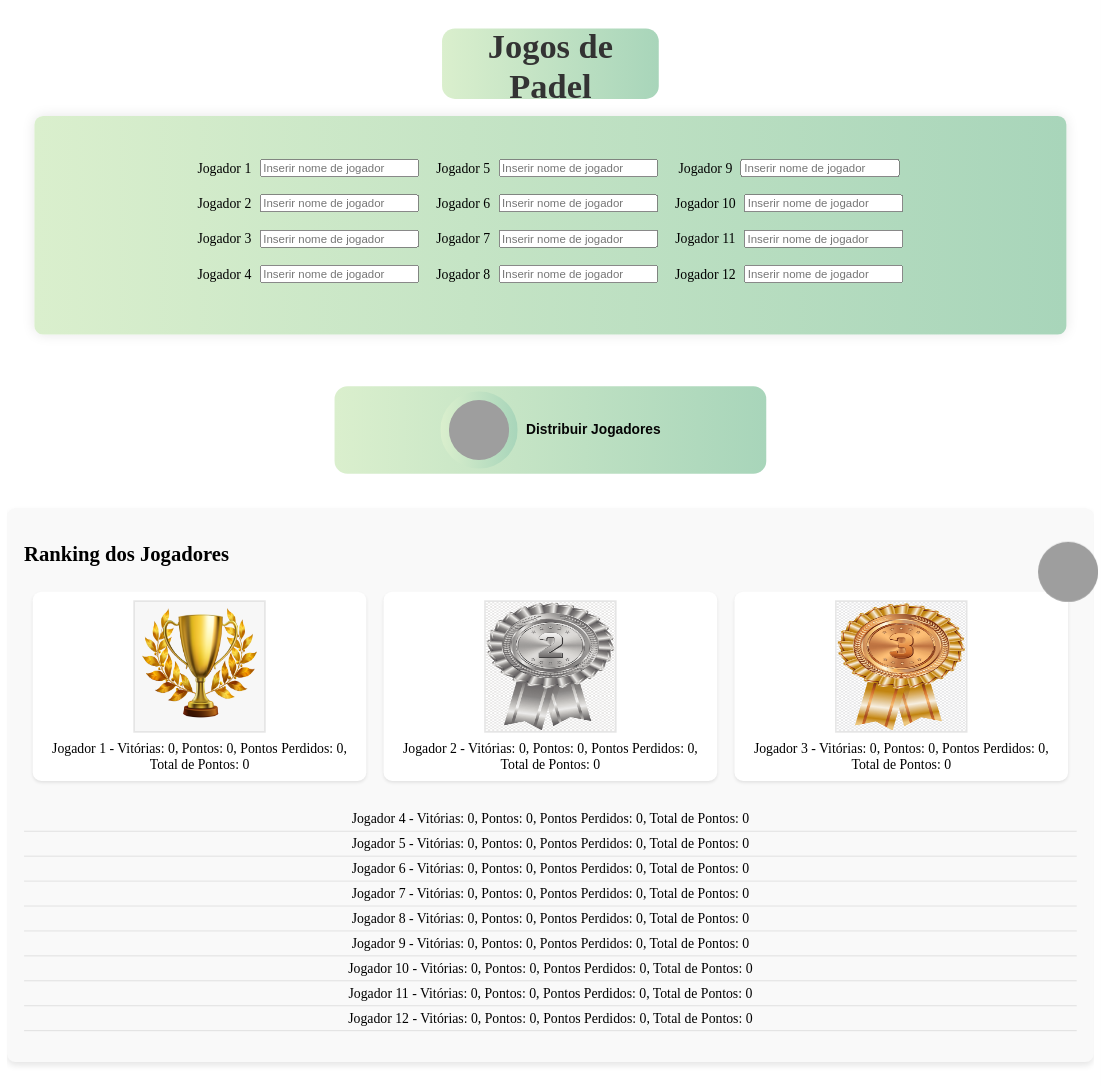
Repository: MarcioMiguel22/PadelMaster
Page: /calculadora
The author's editor kept a copy of each file at every save. The page is drawn from the files as they stood at one save, then again after the next save.
The browser window is 1280 px wide. The pictures show the whole page, at 86% of full size.
Pictures or frames that could not be fetched are drawn as grey boxes. The project was rebuilt for these pictures with package versions that can differ from the ones it lists, and the page was loaded fresh each time. Also part of the build but not shown: vite.config.ts, src/pages/Home/Home.tsx, src/components/components_calculadora/TrocarJogadoresButton.module.css, src/components/components_calculadora/TrocarJogadoresButton.tsx, src/components/components_calculadora/Campo.tsx, src/components/components_calculadora/Jogo.tsx, src/components/components_calculadora/ExportButton.module.css, src/components/components_calculadora/ExportButton.tsx and 5 more.

Above is the page before, as saved 2024-06-20 10:12:09.

### src/main.tsx
///home/marciomiguel/code/MarcioMiguel22/Sites/PadelMaster/src/main.tsx
import { render } from 'react-dom';
import { StrictMode } from 'react';
import App from './App';
import './index.css';

const root = document.getElementById('root')!;
render(
  <StrictMode>
    <App />
  </StrictMode>,
  root
);

### src/App.tsx

///home/marciomiguel/code/MarcioMiguel22/Sites/PadelMaster/src/App.tsx

import { BrowserRouter, Routes, Route } from 'react-router-dom';
import Home from './pages/Home/Home';
import Calculadora from './pages/Calculadora/Calculadora';
import PlayerComponent from './pages/Player/playerComponent';
function App() {
  return (
    <BrowserRouter>
      <Routes>
        <Route path="/" element={<Home />} />
        <Route path="/calculadora" element={<Calculadora />} /> // Wrap Calculadora component with curly braces
        <Route path="/player-component" element={<PlayerComponent />} />
      </Routes>
    </BrowserRouter>
  );
}

export default App

### src/pages/Home/Home.module.css
.padelContainer {
  display: flex;
  flex-direction: column;
  align-items: center;
  justify-content: center;
  text-align: center;
  background-color: white;
  padding: 20px;
  border-radius: 10px;
  box-shadow: 0 0 10px rgba(0, 0, 0, 0.1);
  height: 100vh;
}

h1 {
  color: #333;
  margin-bottom: 20px;
}

.content {
  display: flex;
  flex-direction: column;
  align-items: center;
}

.padelImage {
  max-width: 50%; /* Increase this if necessary */
  width: auto;
  height: auto;
  border-radius: 10px;
  margin-bottom: 20px;
}

.enterButton {
  background-image: url('../../assets/images/tennis-ball.png'); /* Ensure the path is correct */
  background-size: cover;
  width: 60px;
  height: 60px;
  border: none;
  border-radius: 50%;
  cursor: pointer;
}

.enterButton:hover {
  transform: scale(2.0);
}

### src/components/components_calculadora/JogadoresLista.tsx
import React, { useRef, useEffect, useState } from 'react';
import JogadorItem, { InputRef } from './JogadorItem';
import { Jogador } from '../../utils/types/types';

interface JogadoresListaProps {
  jogadores: Jogador[];
  handleNomeChange: (id: number, novoNome: string) => void;
}

const JogadoresLista: React.FC<JogadoresListaProps> = ({ jogadores, handleNomeChange }) => {
  const [localJogadores, setLocalJogadores] = useState<Jogador[]>([]);
  const inputRefs = useRef<(InputRef | null)[]>([]);

  useEffect(() => {
    const storedJogadores = localStorage.getItem('jogadores');
    if (storedJogadores) {
      setLocalJogadores(JSON.parse(storedJogadores));
    } else {
      setLocalJogadores(jogadores);
    }
  }, [jogadores]);

  const focusNextInput = (index: number) => {
    if (index < inputRefs.current.length - 1) {
      inputRefs.current[index + 1]?.focus();
    }
  };

  const handleNomeChangeWithStorage = (id: number, novoNome: string) => {
    handleNomeChange(id, novoNome);
    const updatedJogadores = localJogadores.map(jogador =>
      jogador.id === id ? { ...jogador, nome: novoNome } : jogador
    );
    setLocalJogadores(updatedJogadores);
    localStorage.setItem('jogadores', JSON.stringify(updatedJogadores));
  };

  return (
    <div className="jogadores-lista">
      {Array.from({ length: 3 }, (_, i) => (
        <div className="jogadores-coluna" key={i}>
          {localJogadores.slice(i * 4, (i + 1) * 4).map((jogador, jIndex) => (
            <JogadorItem
              key={jogador.id}
              jogador={jogador}
              handleNomeChange={handleNomeChangeWithStorage}
              focusNextInput={() => focusNextInput(i * 4 + jIndex)}
              ref={(el) => (inputRefs.current[i * 4 + jIndex] = el)}
            />
          ))}
        </div>
      ))}
    </div>
  );
};

export default JogadoresLista;

### src/components/components_calculadora/Ranking.tsx
import React from 'react';
import ouro from '../../assets/images/ouro.png';
import prata from '../../assets/images/prata.png';
import bronze from '../../assets/images/bronze.png';
import styles from './Ranking.module.css';

interface Jogador {
  id: number;
  nome: string;
  vitorias: number;
  pontos: number;
  pontosPerdidos: number;
  totalPontos: number; // Adicione esta linha
}

interface RankingProps {
  jogadoresClassificados: Jogador[];
}

const Ranking: React.FC<RankingProps> = ({ jogadoresClassificados }) => {
  const top3 = jogadoresClassificados.slice(0, 3);
  const outrosJogadores = jogadoresClassificados.slice(3);

  const medalhas = [ouro, prata, bronze];

  return (
    <div className={styles.rankingContainer}>
      <h2>Ranking dos Jogadores</h2>
      <div className={styles.top3Container}>
        {top3.map((jogador, index) => (
          <div key={jogador.id} className={styles.top3Item}>
            <img src={medalhas[index]} alt={`Medalha de ${index + 1}`} className={styles.medalha} />
            {jogador.nome} - Vitórias: {jogador.vitorias}, Pontos: {jogador.pontos}, Pontos Perdidos: {jogador.pontosPerdidos}, Total de Pontos: {jogador.totalPontos}
          </div>
        ))}
      </div>
      <ul className={styles.outrosJogadores}>
        {outrosJogadores.map((jogador) => (
          <li key={jogador.id}>
            {jogador.nome} - Vitórias: {jogador.vitorias}, Pontos: {jogador.pontos}, Pontos Perdidos: {jogador.pontosPerdidos}, Total de Pontos: {jogador.totalPontos}
          </li>
        ))}
      </ul>
    </div>
  );
};

export default Ranking;

### src/components/components_calculadora/ScrollToTopButton.tsx
import React, { useState } from 'react';
import tennisBall from '../../assets/images/tennis-ball.png';
import styles from './ScrollToTopButton.module.css';

interface ScrollToTopButtonProps {
  refs: (React.RefObject<HTMLDivElement> | HTMLDivElement | null)[];
}

const ScrollToTopButton: React.FC<ScrollToTopButtonProps> = ({ refs }) => {
  const [animation, setAnimation] = useState<string>('');

  const handleScroll = () => {
    if (window.scrollY > 0) {
      setAnimation(styles.bounce);
      setTimeout(() => {
        window.scrollTo({ top: 0, behavior: 'smooth' });
        setAnimation('');
      }, 500);
    } else {
      setAnimation(styles.disappear);
      setTimeout(() => {
        refs.forEach((ref) => {
          if (ref && 'current' in ref) {
            ref.current?.scrollIntoView({ behavior: 'smooth' });
          } else if (ref) {
            (ref as HTMLDivElement).scrollIntoView({ behavior: 'smooth' });
          }
        });
        setAnimation('');
      }, 500);
    }
  };

  return (
    <button onClick={handleScroll} className={styles.scrollToTop}>
      <img src={tennisBall} alt="Tennis Ball" className={`${styles.tennisBall} ${animation}`} />
    </button>
  );
};

export default ScrollToTopButton;

### src/components/components_calculadora/DistributeButton.tsx
//src/components/components_calculadora/DistributeButton.tsx
import React from 'react';
import tennisBall from '../../assets/images/tennis-ball.png';
import styles from './DistributeButton.module.css'; // Importando o arquivo CSS Module

const DistributeButton: React.FC<{ onClick: () => void }> = ({ onClick }) => {
  return (
    <div className={styles.container}>
      <button onClick={onClick} className={styles.distributeButton}>
        <img src={tennisBall} alt="Tennis Ball" className={styles.tennisBall} />
        <span className={styles.label}>Distribuir Jogadores</span>
      </button>
    </div>
  );
};

export default DistributeButton;

### src/utils/gameLogic.ts
// src/utils/gameLogic.ts

import { Jogador, Time, Campo as CampoType } from '../utils/types/types';
import { embaralharArray } from './utils'; // Importe a função de embaralhamento do utils.ts

export const criarTimes = (jogadores: Jogador[]): Time[] => {
  const jogadoresEmbaralhados = embaralharArray(jogadores);
  const times: Time[] = [];
  for (let i = 0; i < jogadoresEmbaralhados.length; i += 2) {
    times.push({ jogadores: jogadoresEmbaralhados.slice(i, i + 2), resultado: 0 });
  }
  return times;
};

export const criarCampos = (times: Time[]): CampoType[] => [
  { id: 1, times: times.slice(0, 2) },
  { id: 2, times: times.slice(2, 4) },
  { id: 3, times: times.slice(4, 6) },
];

export const atualizarRanking = (jogadores: Jogador[], jogos: CampoType[][]) => {
  const jogadoresAtualizados = [...jogadores].map(jogador => {
    let vitorias = 0;
    let pontos = 0;
    let pontosPerdidos = 0;
    jogos.forEach(jogo => {
      jogo.forEach(campo => {
        campo.times.forEach(time => {
          if (time.jogadores.some(j => j.id === jogador.id)) {
            pontos += time.resultado;
            const oponente = campo.times[1 - campo.times.indexOf(time)];
            pontosPerdidos += oponente.resultado;
            if (time.resultado > oponente.resultado) {
              vitorias += 1;
            }
          }
        });
      });
    });
    const totalPontos = pontos - pontosPerdidos;
    return { ...jogador, vitorias, pontos, pontosPerdidos, totalPontos };
  });

  return jogadoresAtualizados.sort((a, b) => {
    if (b.totalPontos === a.totalPontos) {
      if (b.vitorias === a.vitorias) {
        return b.pontos - a.pontos;
      }
      return b.vitorias - a.vitorias;
    }
    return b.totalPontos - a.totalPontos; // Maior totalPontos classifica mais alto
  });
};

export const trocarJogadores = (jogos: CampoType[][], campoId: number) => {
  const novosJogos = [...jogos];
  const ultimoJogo = novosJogos[novosJogos.length - 1];
  const campo = ultimoJogo.find(c => c.id === campoId);
  if (!campo) return novosJogos;

  const [time1, time2] = campo.times;
  const jogadoresCampo = [...time1.jogadores, ...time2.jogadores];

  // Embaralhar jogadores que chegaram ao campo
  const jogadoresEmbaralhados = embaralharArray(jogadoresCampo);

  campo.times = [
    { jogadores: jogadoresEmbaralhados.slice(0, 2), resultado: 0 },
    { jogadores: jogadoresEmbaralhados.slice(2, 4), resultado: 0 },
  ];

  return novosJogos;
};

export const iniciarProximoJogo = (jogos: CampoType[][]) => {
  const ultimoJogo = jogos[jogos.length - 1];
  const novosCampos: CampoType[] = [
    { id: 1, times: [] },
    { id: 2, times: [] },
    { id: 3, times: [] },
  ];

  const campo1 = ultimoJogo.find(campo => campo.id === 1);
  const campo2 = ultimoJogo.find(campo => campo.id === 2);
  const campo3 = ultimoJogo.find(campo => campo.id === 3);

  if (campo1 && campo2 && campo3) {
    const [time1Campo1, time2Campo1] = campo1.times;
    const [time1Campo2, time2Campo2] = campo2.times;
    const [time1Campo3, time2Campo3] = campo3.times;

    const vencedoresCampo1 = time1Campo1.resultado > time2Campo1.resultado ? time1Campo1.jogadores : time2Campo1.jogadores;
    const perdedoresCampo1 = time1Campo1.resultado > time2Campo1.resultado ? time2Campo1.jogadores : time1Campo1.jogadores;

    const vencedoresCampo2 = time1Campo2.resultado > time2Campo2.resultado ? time1Campo2.jogadores : time2Campo2.jogadores;
    const perdedoresCampo2 = time1Campo2.resultado > time2Campo2.resultado ? time2Campo2.jogadores : time1Campo2.jogadores;

    const vencedoresCampo3 = time1Campo3.resultado > time2Campo3.resultado ? time1Campo3.jogadores : time2Campo3.jogadores;
    const perdedoresCampo3 = time1Campo3.resultado > time2Campo3.resultado ? time2Campo3.jogadores : time1Campo3.jogadores;

    // Campo 1: vencedores do campo 1 e vencedores do campo 2
    novosCampos[0].times.push(
      { jogadores: [vencedoresCampo1[0], vencedoresCampo2[0]], resultado: 0 },
      { jogadores: [vencedoresCampo1[1], vencedoresCampo2[1]], resultado: 0 }
    );

    // Campo 2: perdedores do campo 1 e vencedores do campo 3
    novosCampos[1].times.push(
      { jogadores: [perdedoresCampo1[0], vencedoresCampo3[0]], resultado: 0 },
      { jogadores: [perdedoresCampo1[1], vencedoresCampo3[1]], resultado: 0 }
    );

    // Campo 3: perdedores do campo 2 e perdedores do campo 3
    novosCampos[2].times.push(
      { jogadores: [perdedoresCampo2[0], perdedoresCampo3[0]], resultado: 0 },
      { jogadores: [perdedoresCampo2[1], perdedoresCampo3[1]], resultado: 0 }
    );
  }

  return [...jogos, novosCampos];
};

### src/utils/playerUtils.ts
// src/utils/playerUtils.ts

import { Jogador } from '../utils/types/types';

export const handleNomeChange = (jogadores: Jogador[], id: number, novoNome: string): Jogador[] => {
  return jogadores.map(jogador =>
    jogador.id === id ? { ...jogador, nome: novoNome } : jogador
  );
};

export const selecionarJogador = (jogadoresSelecionados: Jogador[], jogador: Jogador): Jogador[] => {
  if (jogadoresSelecionados.includes(jogador)) {
    return jogadoresSelecionados.filter(j => j.id !== jogador.id);
  } else {
    if (jogadoresSelecionados.length < 2) {
      return [...jogadoresSelecionados, jogador];
    } else {
      return jogadoresSelecionados;
    }
  }
};

### src/utils/resultUtils.ts
// src/utils/resultUtils.ts

import { Campo as CampoType } from '../utils/types/types';

export const todosResultadosInseridos = (jogos: CampoType[][]): boolean => {
  return jogos.length > 0 && jogos.every(jogo =>
    jogo.every(campo =>
      campo.times.every(time =>
        typeof time.resultado === 'number'
      )
    )
  );
};

### src/components/components_calculadora/Titulo.tsx
// src/components/Titulo.tsx
import React from 'react';
import styles from './Titulo.module.css';

interface TituloProps {
  texto: string;
}

const Titulo: React.FC<TituloProps> = ({ texto }) => {
  return (
    <div className={styles.container}>
      <h1 className={styles.titulo}>{texto}</h1>
    </div>
  );
};

export default Titulo;

### src/components/components_calculadora/JogadorItem.tsx

import React, { useState, useEffect, useRef, forwardRef, useImperativeHandle } from 'react';
import { Jogador } from '../../utils/types/types'; // Importando o tipo Jogador

interface JogadorItemProps {
  jogador: Jogador;
  handleNomeChange: (id: number, novoNome: string) => void;
  focusNextInput: () => void;
}

export interface InputRef {
  focus: () => void;
}

const JogadorItem = forwardRef<InputRef, JogadorItemProps>(({ jogador, handleNomeChange, focusNextInput }, ref) => {
  const [nome, setNome] = useState('');
  const inputRef = useRef<HTMLInputElement>(null);

  useImperativeHandle(ref, () => ({
    focus: () => {
      inputRef.current?.focus();
    }
  }));

  useEffect(() => {
    // Set the initial value for the input
    setNome(jogador.nome === `Jogador ${jogador.id}` ? '' : jogador.nome);
  }, [jogador.nome, jogador.id]);

  const handleBlur = () => {
    if (nome.trim() === '') {
      handleNomeChange(jogador.id, `Jogador ${jogador.id}`);
      setNome('');
    } else {
      handleNomeChange(jogador.id, nome);
    }
  };

  const handleKeyDown = (e: React.KeyboardEvent) => {
    if (e.key === 'Enter') {
      focusNextInput();
    }
  };

  return (
    <div className="jogador-item">
      <label>{`Jogador ${jogador.id}`}</label>
      <input
        ref={inputRef}
        type="text"
        value={nome}
        onChange={(e) => setNome(e.target.value)}
        onBlur={handleBlur}
        onKeyDown={handleKeyDown}
        placeholder="Inserir nome de jogador"
      />
    </div>
  );
});

JogadorItem.displayName = "JogadorItem";

export default JogadorItem;

### src/components/components_calculadora/Ranking.module.css
/*src/components/components_calculadora/Ranking.module.css*/

.rankingContainer {
  padding: 20px;
  background-color: #f9f9f9;
  border-radius: 10px;
  box-shadow: 0 4px 8px rgba(0, 0, 0, 0.1);
}

.top3Container {
  display: flex;
  justify-content: space-around;
  margin-bottom: 20px;
  flex-wrap: wrap; /* Ensure items wrap in smaller screens */
}

.top3Item {
  display: flex;
  flex-direction: column;
  align-items: center;
  padding: 10px;
  background-color: #ffffff;
  border-radius: 10px;
  box-shadow: 0 2px 4px rgba(0, 0, 0, 0.1);
  text-align: center;
  margin: 10px; /* Added margin to ensure spacing between items */
  flex-basis: calc(33.33% - 20px); /* Ensure items take equal width, minus margins */
  box-sizing: border-box; /* Ensure padding is included in the element's width */
}

.medalha {
  width: 150px;
  height: 150px;
  margin-bottom: 10px;
  transition: transform 0.3s ease-in-out;
  object-fit: initial;
  background-color: transparent; /* Certifique-se de que o fundo é transparente */
  border: 2px solid rgba(0, 0, 0, 0.1); /* Adicione uma borda leve para verificar a transparência */
}


.medalha:hover {
  transform: scale(8);
  animation: pulse 1s infinite;
}

@keyframes pulse {
  0% {
    transform: scale(1.2);
  }
  50% {
    transform: scale(1.25);
  }
  100% {
    transform: scale(1.2);
  }
}

.outrosJogadores {
  list-style-type: none;
  padding: 0;
}

.outrosJogadores li {
  padding: 5px 0;
  border-bottom: 1px solid #ddd;
  text-align: center;
}

/* Media Queries for Smaller Screens */
@media screen and (max-width: 767px) {
  .top3Item {
    flex-basis: 25%; /* Two items per row on smaller screens */
  }
}

@media screen and (max-width: 479px) {
  .top3Item {
    flex-basis: 25%; /* One item per row on the smallest screens */
  }
}

### src/components/components_calculadora/ScrollToTopButton.module.css
.scrollToTop {
  position: fixed;
  bottom: 20px;
  left: 97%;
  transform: translateX(-50%);
  width: 70px;
  height: 70px;
  border: none;
  background: none;
  cursor: pointer;
  display: flex;
  align-items: center;
  justify-content: center;
  transition: transform 0.3s ease-in-out;
}

.tennisBall {
  width: 100%;
  height: 100%;
  position: absolute;
  border-radius: 50%;
}

@keyframes bounce {
  0%, 100% {
    transform: translateY(0);
  }
  50% {
    transform: translateY(-50px);
  }
}

@keyframes disappear {
  0% {
    opacity: 1;
    transform: translateY(0);
  }
  100% {
    opacity: 0;
    transform: translateY(50px);
  }
}

.bounce {
  animation: bounce 0.5s ease-in-out;
}

.disappear {
  animation: disappear 0.5s forwards;
}

### src/components/components_calculadora/DistributeButton.module.css
/*src/components/components_calculadora/DistributeButton.module.css*/
.container {
  width: 500px;
  height: 100px;
  background: linear-gradient(to right, #daefcd, #a8d5ba);
  padding: 1px;
  border-radius: 15px;
  display: flex;
  justify-content: center;
  align-items: center;
  margin-top: 20px;
}

.distributeButton {
  position: relative; /* Ajuste a posição conforme necessário */
  width: auto;
  height: 70px;
  border: none;
  background: none;
  cursor: pointer;
  display: flex;
  align-items: center;
  justify-content: center;
  flex-direction: row; /* Altera para linha */
}

.tennisBall {
  width: 70px;
  height: 70px;
  background: linear-gradient(to right, #daefcd, #a8d5ba); /* Adiciona fundo à imagem */
  border-radius: 50%; /* Para garantir que o fundo se ajuste à forma da bola */
  padding: 10px; /* Ajuste o padding conforme necessário */
}

.label {
  font-size: 16px;
  color: rgb(5, 5, 5);
  font-weight: bold;
  margin-left: 10px; /* Espaço entre a bola e o texto */
}

### src/utils/utils.ts
// src/utils/utils.ts

export const embaralharArray = <T,>(array: T[]): T[] => {
  const copiaArray = [...array];
  for (let i = copiaArray.length - 1; i > 0; i--) {
    const j = Math.floor(Math.random() * (i + 1));
    [copiaArray[i], copiaArray[j]] = [copiaArray[j], copiaArray[i]];
  }
  return copiaArray;
};

import { Jogador, Time, Campo as CampoType } from '../utils/types/types';

export const criarTimes = (jogadores: Jogador[]): Time[] => {
  const jogadoresEmbaralhados = embaralharArray(jogadores);
  const times: Time[] = [];
  for (let i = 0; i < jogadoresEmbaralhados.length; i += 2) {
    times.push({ jogadores: jogadoresEmbaralhados.slice(i, i + 2), resultado: 0 });
  }
  return times;
};

export const criarCampos = (times: Time[]): CampoType[] => [
  { id: 1, times: times.slice(0, 2) },
  { id: 2, times: times.slice(2, 4) },
  { id: 3, times: times.slice(4, 6) },
];

export const atualizarRanking = (jogadores: Jogador[], jogos: CampoType[][]) => {
  const jogadoresAtualizados = [...jogadores].map(jogador => {
    let vitorias = 0;
    let pontos = 0;
    let pontosPerdidos = 0;
    jogos.forEach(jogo => {
      jogo.forEach(campo => {
        campo.times.forEach(time => {
          if (time.jogadores.some(j => j.id === jogador.id)) {
            pontos += time.resultado;
            const oponente = campo.times[1 - campo.times.indexOf(time)];
            pontosPerdidos += oponente.resultado;
            if (time.resultado > oponente.resultado) {
              vitorias += 1;
            }
          }
        });
      });
    });
    const totalPontos = pontos - pontosPerdidos;
    return { ...jogador, vitorias, pontos, pontosPerdidos, totalPontos };
  });

  return jogadoresAtualizados.sort((a, b) => {
    if (b.totalPontos === a.totalPontos) {
      if (b.vitorias === a.vitorias) {
        return b.pontos - a.pontos;
      }
      return b.vitorias - a.vitorias;
    }
    return b.totalPontos - a.totalPontos; // Maior totalPontos classifica mais alto
  });
};

### src/components/components_calculadora/Titulo.module.css
/* src/components/Titulo.module.css */
.container {
  width: 250px;
  height: 80px;
  background: linear-gradient(to right, #daefcd, #a8d5ba);
  padding: 1px;
  border-radius: 15px;
  display: flex;
  justify-content: center;
  align-items: center;
  margin-top: 25px;
}

.titulo {
  font-size: 2.5em;
  text-align: center;
  color: #333;
}

Loaded but not shown: index.html (common file); src/pages/Calculadora/Calculadora.tsx (183 lines, source omitted); src/pages/Calculadora/Calculadora.css (279 lines, source omitted)

After the next save:
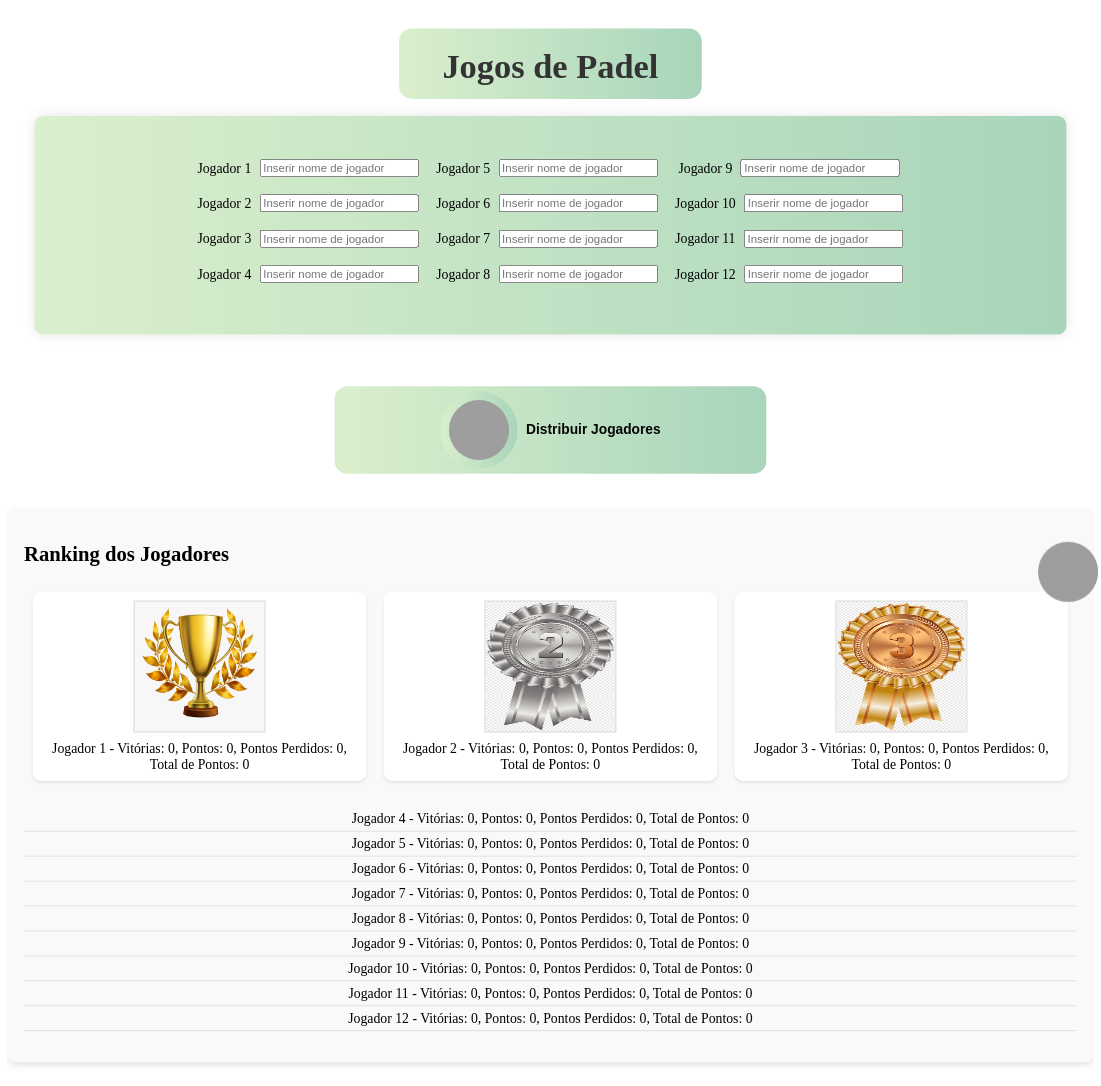
Saved 6 s later.
--- a/src/components/components_calculadora/Titulo.module.css
+++ b/src/components/components_calculadora/Titulo.module.css
@@ -1,6 +1,6 @@
 /* src/components/Titulo.module.css */
 .container {
-  width: 250px;
+  width: 350px;
   height: 80px;
   background: linear-gradient(to right, #daefcd, #a8d5ba);
   padding: 1px;
